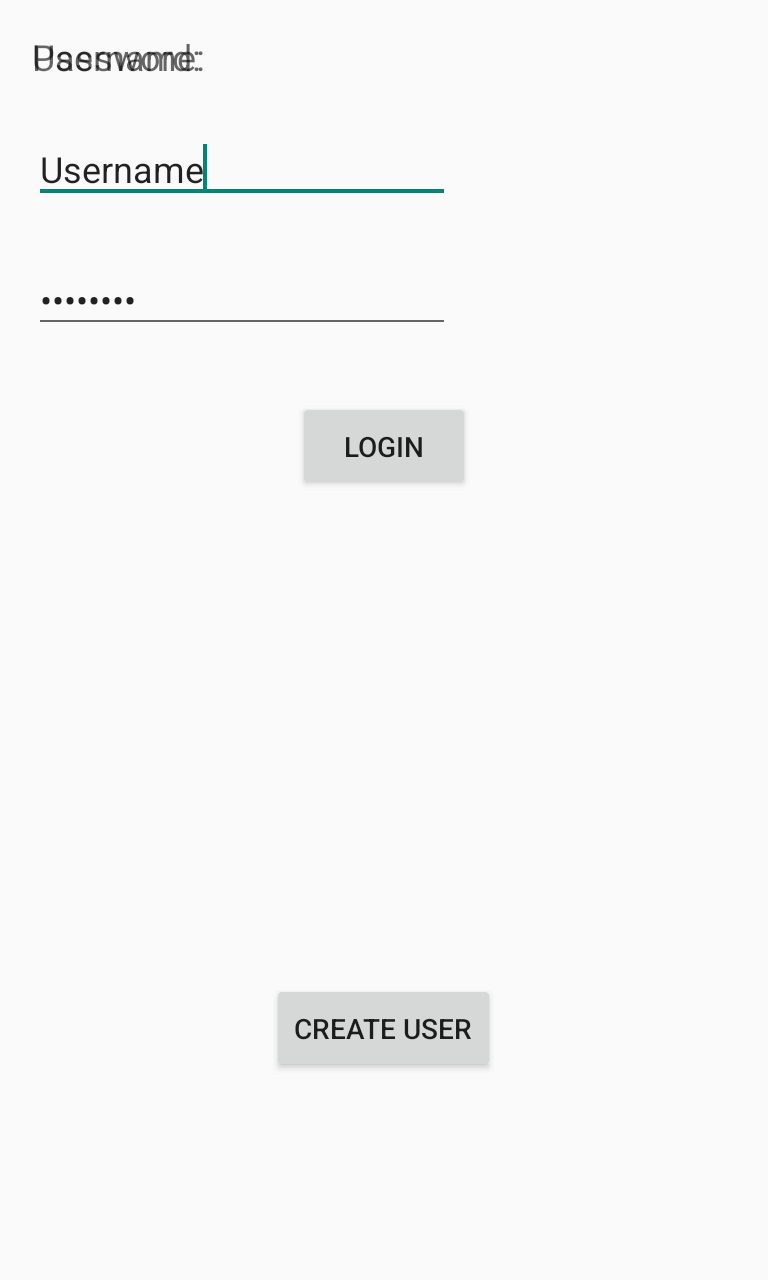
Repository: Sagarsaurus/Ecco
Layout: Ecco/res/layout/activity_main.xml
The author's editor kept a copy of each file at every save. The layout is drawn from the files as they stood at one save, then again after the next save.
It is drawn on a 768 x 1280 px phone screen (xhdpi) without system bars, with theme AppTheme; the app's code is not run.

Above is the layout before, as saved 2014-11-16 19:58:23.

### Ecco/res/layout/activity_main.xml
<RelativeLayout xmlns:android="http://schemas.android.com/apk/res/android"
    xmlns:tools="http://schemas.android.com/tools"
    android:layout_width="match_parent"
    android:layout_height="match_parent"
    android:paddingBottom="@dimen/activity_vertical_margin"
    android:paddingLeft="@dimen/activity_horizontal_margin"
    android:paddingRight="@dimen/activity_horizontal_margin"
    android:paddingTop="@dimen/activity_vertical_margin"
    tools:context="com.application.ecco.MainActivity" >

    <EditText
        android:id="@+id/username"
        android:layout_width="wrap_content"
        android:layout_height="wrap_content"
        android:layout_alignLeft="@+id/username"
        android:layout_alignParentTop="true"
        android:layout_marginTop="46dp"
        android:ems="10"
        android:hint="@string/Username"
        android:text="@string/Username" >

        <requestFocus />
    </EditText>

    <EditText
        android:id="@+id/password"
        android:layout_width="wrap_content"
        android:layout_height="wrap_content"
        android:layout_alignLeft="@+id/password"
        android:layout_below="@+id/username"
        android:layout_marginTop="24dp"
        android:ems="10"
        android:hint="@string/Password"
        android:inputType="textPassword"
        android:text="@string/Password" />

    <Button
        android:id="@+id/login"
        android:onClick="login"
        android:layout_width="wrap_content"
        android:layout_height="wrap_content"
        android:layout_below="@+id/password"
        android:layout_centerHorizontal="true"
        android:layout_marginTop="30dp"
        android:text="@string/Login" />

    <Button
        android:id="@+id/createUser"
        android:onClick="createUser"
        android:layout_width="wrap_content"
        android:layout_height="wrap_content"
        android:layout_alignParentBottom="true"
        android:layout_centerHorizontal="true"
        android:layout_marginBottom="86dp"
        android:text="@string/createUser" />

    <TextView
        android:id="@+id/textView1"
        android:layout_width="wrap_content"
        android:layout_height="wrap_content"
        android:layout_alignBaseline="@+id/editText1"
        android:layout_alignBottom="@+id/editText1"
        android:layout_alignParentLeft="true"
        android:text="Username:"
        android:textAppearance="?android:attr/textAppearanceMedium" />

    <TextView
        android:id="@+id/TextView01"
        android:layout_width="wrap_content"
        android:layout_height="wrap_content"
        android:layout_alignBaseline="@+id/editText2"
        android:layout_alignBottom="@+id/editText2"
        android:layout_alignLeft="@+id/textView1"
        android:text="Password:"
        android:textAppearance="?android:attr/textAppearanceMedium" />

</RelativeLayout>

### Ecco/res/values/strings.xml
<?xml version="1.0" encoding="utf-8"?>
<resources>

    <string name="app_name">Ecco</string>
    <string name="hello_world">Hello world!</string>
    <string name="action_settings">Settings</string>
    <string name="Username">Username</string>
    <string name="Password">Password</string>
    <string name="Login">Login</string>
    <string name="createUser">Create User</string>
    <string name="title_activity_home">HomeActivity</string>
    <string name="title_section1">Section 1</string>
    <string name="title_section2">Section 2</string>
    <string name="title_section3">Section 3</string>
    <string name="navigation_drawer_open">Open navigation drawer</string>
    <string name="navigation_drawer_close">Close navigation drawer</string>
    <string name="action_example">Example action</string>
    <string name="title_activity_create_user">CreateUserActivity</string>
    <string name="Email">Email</string>
    <string name="Phone">Phone</string>
    <string name="emailhint">user@email.com</string>
    <string name="phonehint">123-456-7890</string>

</resources>

Loaded but not shown: Ecco/res/values/styles.xml (common file); Ecco/res/values-v11/styles.xml (common file); Ecco/res/values-v14/styles.xml (common file); Ecco/res/values/dimens.xml (common file); Ecco/res/values-w820dp/dimens.xml (common file)

After the next save:
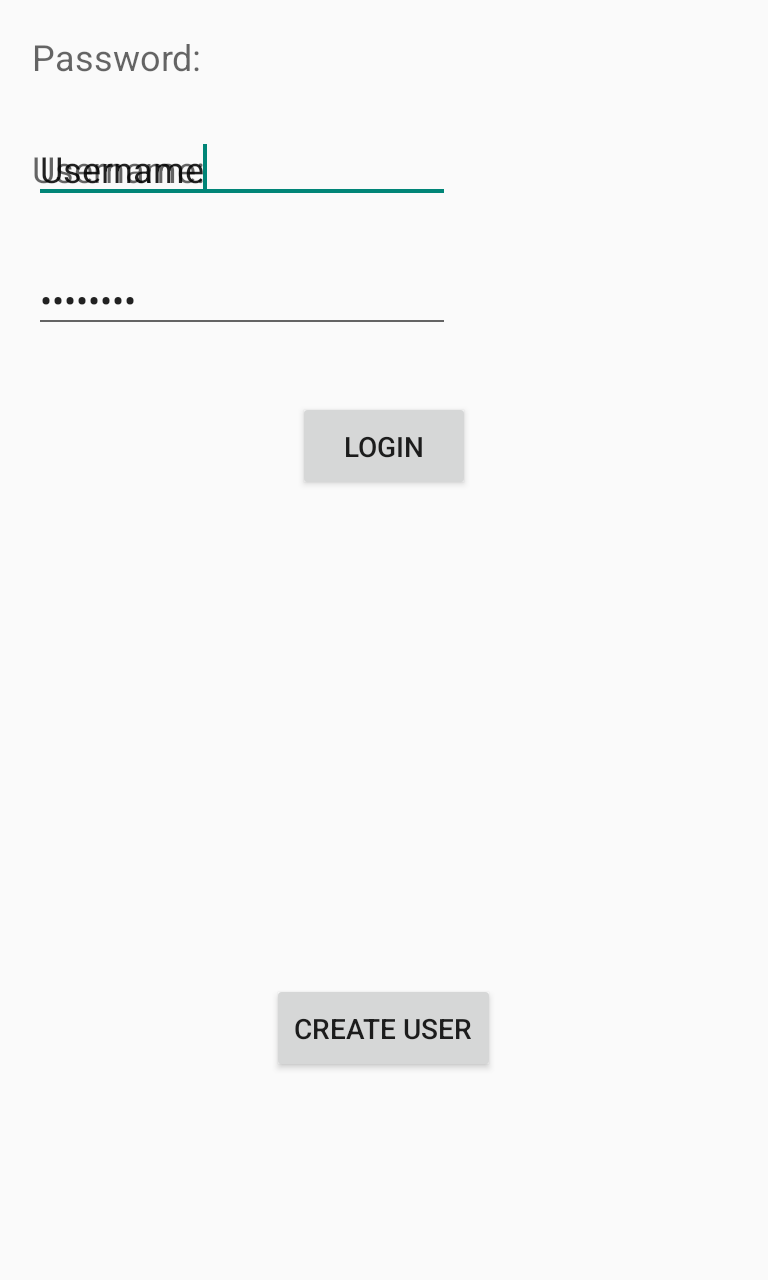
Saved 15 s later.
--- a/Ecco/res/layout/activity_main.xml
+++ b/Ecco/res/layout/activity_main.xml
@@ -58,8 +58,8 @@
         android:id="@+id/textView1"
         android:layout_width="wrap_content"
         android:layout_height="wrap_content"
-        android:layout_alignBaseline="@+id/editText1"
-        android:layout_alignBottom="@+id/editText1"
+        android:layout_alignBaseline="@+id/username"
+        android:layout_alignBottom="@+id/username"
         android:layout_alignParentLeft="true"
         android:text="Username:"
         android:textAppearance="?android:attr/textAppearanceMedium" />
